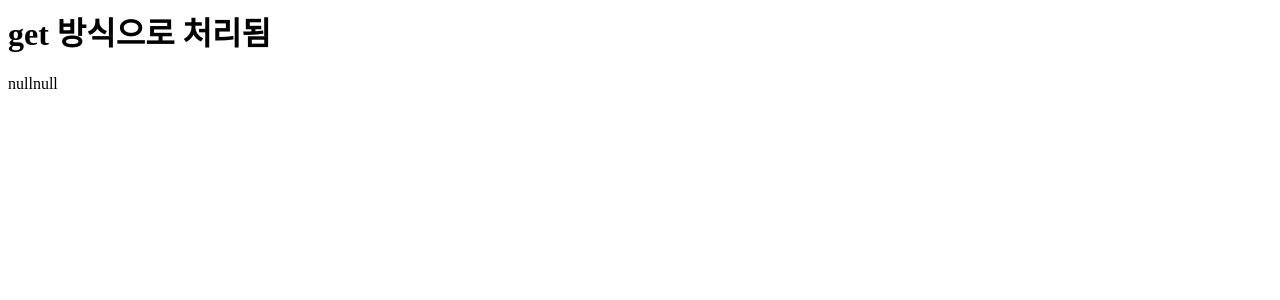
Repository: yjeongyjeong/jsp
Page: http://localhost/web-study-02/method
An editor plug-in stored every save of this project. The page is shown before and after the next save, followed by the edit.
The browser window is 1280 px wide. The pictures show the whole page.
The page is served by Tomcat 9.

Above is the page before, as saved 2023-10-10 05:59:17.

After the next save:
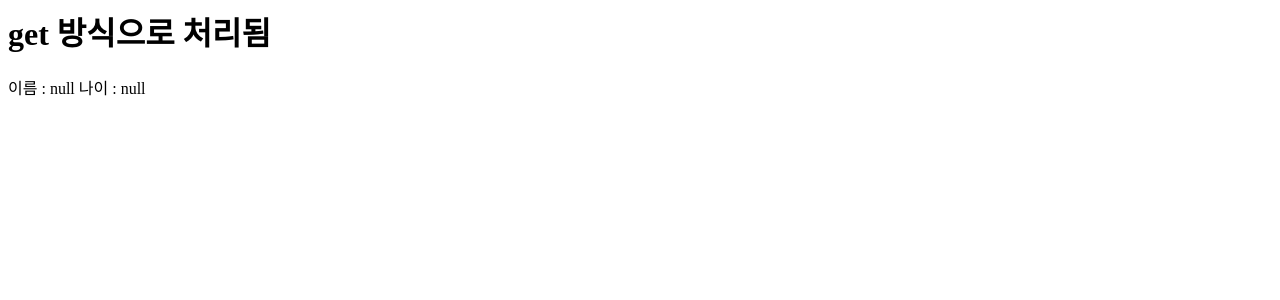
Saved 26 s later.
--- a/web-study-02/src/main/java/unit02/MethodServlet.java
+++ b/web-study-02/src/main/java/unit02/MethodServlet.java
@@ -21,8 +21,8 @@ public class MethodServlet extends HttpServlet {
 
 		PrintWriter out = response.getWriter();
 		out.print("<h1>get 방식으로 처리됨</h1>");
-		out.print(name);
-		out.print(age);
+		out.println("이름 : " + name);
+		out.println("나이 : " + age);
 
 		out.close();
 	}
